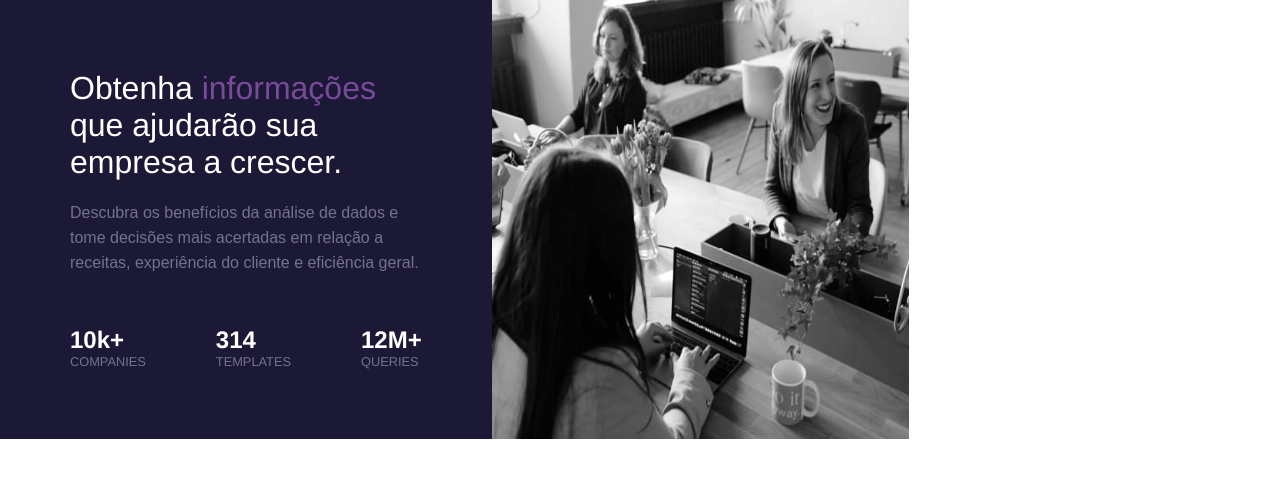
Repository: caique2512/componentes-de-estatisticas
Page: index.html
An editor plug-in stored every save of this project. The page is shown before and after the next save, followed by the edit.
The browser window is 1280 px wide. The pictures show the whole page.

Above is the page before, as saved 2026-03-03 17:39:35.

### index.html
<!DOCTYPE html>
<html lang="pt-br">
<head>
    <meta charset="UTF-8">
    <meta name="viewport" content="width=device-width, initial-scale=1.0">
    <title>Estatisticas</title>
    <link rel="stylesheet" href="src/reset.css">
    <link rel="stylesheet" href="src/estilos.css">
</head>
<body>
    <main class="conteudo">
        <div class="conteudo-principal">
            <h1 class="titulo">Obtenha <span>informações</span> que ajudarão sua empresa a crescer.</h1>
            <p class="subtitulo">Descubra os benefícios da análise de dados e tome decisões mais acertadas em relação a receitas, experiência do cliente e eficiência geral.</p>
            <ul class="estatisticas">
                <ul class="item1">
                    <li class="descricao">10k+</li>
                    <li>COMPANIES</li>
                </ul>
                <ul class="item2">
                    <li class="descricao">314</li>
                    <li>TEMPLATES</li>
                </ul>
                <ul class="item3">
                    <li class="descricao">12M+</li>
                    <li>QUERIES</li>
                </ul>
            </ul>
        </div>
        <picture class="img">
            <img src="./images/image-header-desktop.jpg" alt="Mulheres no escritório">
        </picture>
    </main>
</body>
</html>

### src/estilos.css
.conteudo {
    background-color: #1C1937;
    display: flex;
    max-width: calc(100% - 29%);
}

.conteudo-principal {
    padding: 70px;
    width: 500px;
}

.conteudo-principal .titulo {
    color: white;
    font-weight: 100;
    font-family: 'Franklin Gothic Medium', 'Arial Narrow', Arial, sans-serif;
    margin-bottom: 20px;
}

.conteudo-principal .titulo span {
    color: #784B99;
}

.conteudo-principal .subtitulo {
    color: #74728e;
    font-family: Arial, Helvetica, sans-serif;
    line-height: 1.56rem;
}

.conteudo-principal .estatisticas {
    display: flex;
    gap: 70px;
    margin-top: 50px;
}

.conteudo-principal .estatisticas .descricao {
    color: white;
    list-style: none;
    font-size: 1.5rem;
    font-weight: 600;
    font-family: 'Franklin Gothic Medium', 'Arial Narrow', Arial, sans-serif;
}

.conteudo-principal .estatisticas li {
    color: #74728e;
    font-family: 'Franklin Gothic Medium', 'Arial Narrow', Arial, sans-serif;
    font-size: 0.8rem;
    list-style: none;
}

.conteudo .img img {
    width: 100%;
    height: 100%;
}

Loaded but not shown: src/reset.css (common file)

After the next save:
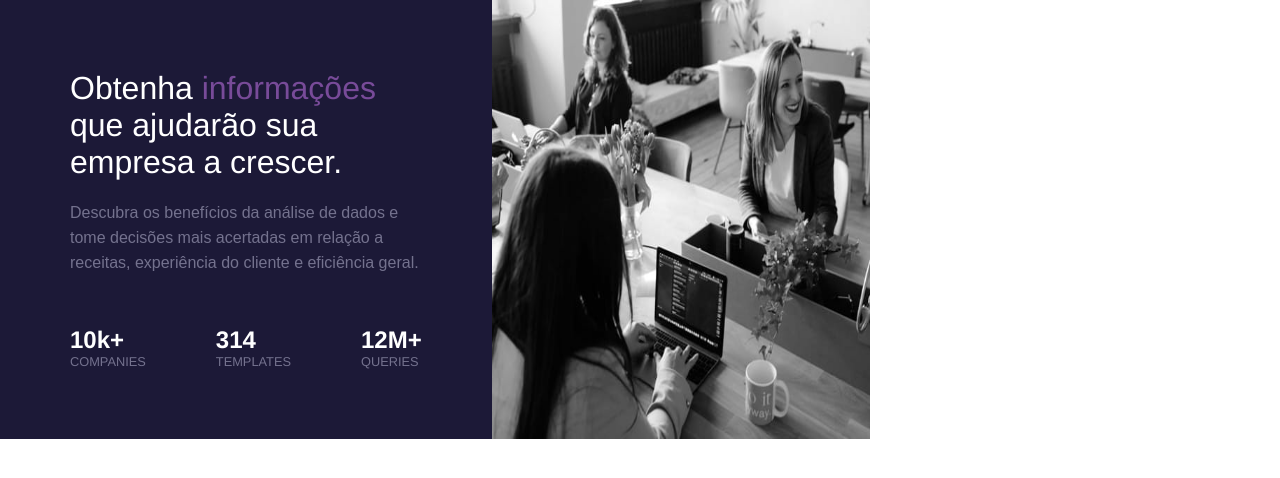
Saved 6 s later.
--- a/src/estilos.css
+++ b/src/estilos.css
@@ -1,7 +1,7 @@
 .conteudo {
     background-color: #1C1937;
     display: flex;
-    max-width: calc(100% - 29%);
+    max-width: calc(100% - 32%);
 }
 
 .conteudo-principal {
